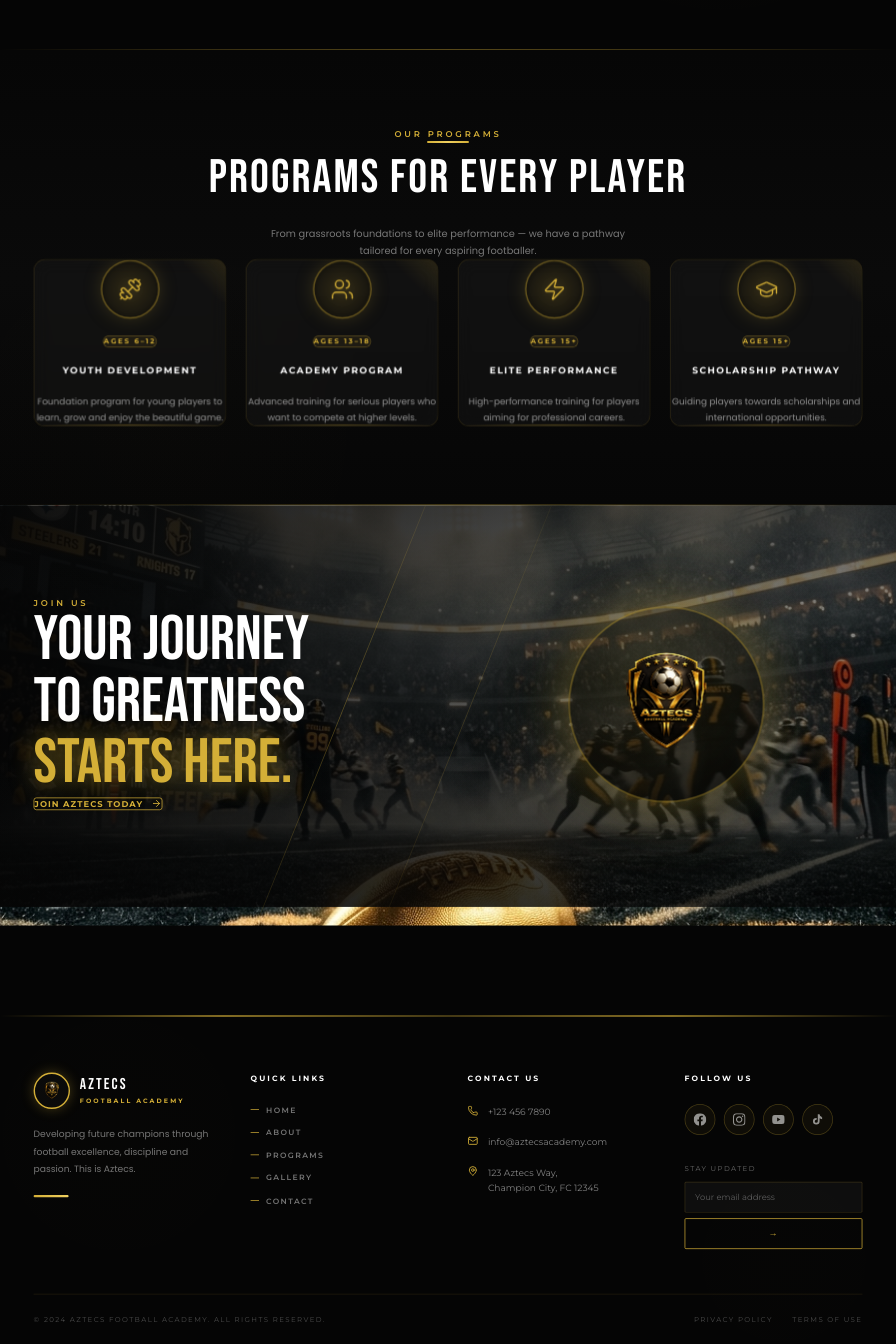
Repository: rahilkk2/aztecs-football
Page: /
The author's editor kept a copy of each file at every save. The page is drawn from the files as they stood at one save, then again after the next save.
The browser window is 1280 px wide. The pictures show the part of the page from y = 1806 to 3726 px (the page is 3726 px tall), at 70% of full size.
The project was rebuilt for these pictures with package versions that can differ from the ones it lists, and the page was loaded fresh each time. Also part of the build but not shown: vite.config.js.

Above is the page before, as saved 2026-05-20 00:29:49.

### index.html
<!doctype html>
<html lang="en">
  <head>
    <meta charset="UTF-8" />
    <link rel="icon" type="image/png" href="/logo.png" />
    <meta name="viewport" content="width=device-width, initial-scale=1.0" />
    <link rel="preconnect" href="https://fonts.googleapis.com" />
    <link rel="preconnect" href="https://fonts.gstatic.com" crossorigin />
    <link href="https://fonts.googleapis.com/css2?family=Bebas+Neue&family=Montserrat:ital,wght@0,300;0,400;0,500;0,600;0,700;0,800;0,900;1,400&family=Poppins:wght@300;400;500;600;700;800&display=swap" rel="stylesheet" />
    <meta name="description" content="Aztecs Football Academy — Building champions on and off the pitch. Elite training, player development, and a clear pathway to success for young football players." />
    <meta name="keywords" content="football academy, Aztecs, elite training, youth football, soccer academy, player development, scholarship pathway" />
    <meta property="og:title" content="Aztecs Football Academy — Building Champions" />
    <meta property="og:description" content="Elite football training with discipline, values and a pathway to success. Join Aztecs Football Academy today." />
    <meta property="og:type" content="website" />
    <meta name="theme-color" content="#d4af37" />
    <title>Aztecs Football Academy — Building Champions On & Off The Pitch</title>
  </head>
  <body>
    <div id="root"></div>
    <script type="module" src="/src/main.jsx"></script>
  </body>
</html>

### src/App.jsx
import Navbar from './components/Navbar';
import Hero from './components/Hero';
import Features from './components/Features';
import About from './components/About';
import Programs from './components/Programs';
import CallToAction from './components/CallToAction';
import Footer from './components/Footer';

// Reusable gold gradient divider between sections
const GoldDivider = () => (
  <div className="section-gold-divider" />
);

function App() {
  return (
    <div style={{ background: '#050505', minHeight: '100vh' }}>
      <Navbar />
      <Hero />
      <GoldDivider />
      <Features />
      <GoldDivider />
      <About />
      <GoldDivider />
      <Programs />
      <GoldDivider />
      <CallToAction />
      <Footer />
    </div>
  );
}

export default App;

### src/components/Navbar.jsx
import { useState, useEffect } from 'react';
import { Menu, X } from 'lucide-react';

const navLinks = ['Home', 'About', 'Programs', 'Academy', 'Gallery', 'Contact'];

export default function Navbar() {
  const [scrolled, setScrolled] = useState(false);
  const [menuOpen, setMenuOpen] = useState(false);

  useEffect(() => {
    const onScroll = () => setScrolled(window.scrollY > 60);
    window.addEventListener('scroll', onScroll);
    return () => window.removeEventListener('scroll', onScroll);
  }, []);

  const handleNavClick = (link) => {
    setMenuOpen(false);
    const target = document.getElementById(link.toLowerCase());
    if (target) target.scrollIntoView({ behavior: 'smooth' });
    else window.scrollTo({ top: 0, behavior: 'smooth' });
  };

  return (
    <nav
      className={`fixed top-0 left-0 right-0 z-50 transition-all duration-500 ${
        scrolled
          ? 'bg-black/96 backdrop-blur-lg border-b border-yellow-600/20 py-3 shadow-2xl'
          : 'bg-transparent backdrop-blur-sm py-5'
      }`}
    >
      <div className="page-container flex items-center justify-between">

        {/* ── Logo ── */}
        <div
          className="flex items-center gap-2 sm:gap-3 cursor-pointer shrink-0"
          onClick={() => window.scrollTo({ top: 0, behavior: 'smooth' })}
        >
          {/* Logo image – object-contain so the full shield shows */}
          <div
            className="w-9 sm:w-11 h-9 sm:h-11 rounded-full overflow-hidden border-2 border-yellow-500/60 flex items-center justify-center shrink-0"
            style={{ boxShadow: '0 0 14px rgba(212,175,55,0.3)', background: '#0a0a0a' }}
          >
            <img
              src="/logo.png"
              alt="Aztecs Logo"
              className="w-full h-full object-contain"
            />
          </div>
          <div className="leading-none hidden sm:block">
            <div
              className="text-white text-lg sm:text-xl tracking-[2px] sm:tracking-[3px] font-black"
              style={{ fontFamily: "'Bebas Neue', cursive" }}
            >
              AZTECS
            </div>
            <div className="text-yellow-500 text-[8px] sm:text-[9px] font-bold tracking-[2px] sm:tracking-[3px] uppercase mt-0.5">
              Football Academy
            </div>
          </div>
        </div>

        {/* ── Desktop Nav Links ── */}
        <ul className="hidden lg:flex items-center gap-9">
          {navLinks.map((link) => (
            <li key={link}>
              <button
                onClick={() => handleNavClick(link)}
                className="text-white/75 hover:text-yellow-400 text-[11px] font-semibold tracking-[2.5px] uppercase transition-all duration-300 relative group"
              >
                {link}
                <span className="absolute -bottom-1 left-0 w-0 h-[1.5px] bg-yellow-500 transition-all duration-300 group-hover:w-full" />
              </button>
            </li>
          ))}
        </ul>

        {/* ── CTA + Hamburger ── */}
        <div className="flex items-center gap-3 sm:gap-4 shrink-0">
          <button
            onClick={() => handleNavClick('Contact')}
            className="btn-gold hidden sm:block px-4 sm:px-6 py-2 sm:py-2.5 text-[9px] sm:text-[11px] rounded-sm tracking-widest"
          >
            JOIN NOW
          </button>
          <button
            className="lg:hidden text-white hover:text-yellow-400 transition-colors p-2"
            onClick={() => setMenuOpen(!menuOpen)}
            aria-label="Toggle menu"
          >
            {menuOpen ? <X size={24} /> : <Menu size={24} />}
          </button>
        </div>
      </div>

      {/* ── Mobile Menu ── */}
      <div
        className={`lg:hidden transition-all duration-500 overflow-hidden ${
          menuOpen ? 'max-h-[500px] opacity-100' : 'max-h-0 opacity-0'
        }`}
      >
        <div className="bg-black/98 border-t border-yellow-600/20 px-4 sm:px-6 py-5 flex flex-col gap-4">
          {navLinks.map((link) => (
            <button
              key={link}
              onClick={() => handleNavClick(link)}
              className="text-white/70 hover:text-yellow-400 text-sm font-semibold tracking-[2px] uppercase text-left transition-colors py-2 border-b border-white/5 pb-3"
            >
              {link}
            </button>
          ))}
          <button
            onClick={() => handleNavClick('Contact')}
            className="btn-gold px-4 py-3 text-xs rounded-sm mt-2 w-full sm:w-fit tracking-widest"
          >
            JOIN NOW
          </button>
        </div>
      </div>
    </nav>
  );
}

### src/components/Footer.jsx
import { motion } from 'framer-motion';
import { Phone, Mail, MapPin } from 'lucide-react';

const quickLinks = ['Home', 'About', 'Programs', 'Gallery', 'Contact'];

const FacebookIcon = () => (
  <svg width="18" height="18" viewBox="0 0 24 24" fill="currentColor">
    <path d="M24 12.073c0-6.627-5.373-12-12-12s-12 5.373-12 12c0 5.99 4.388 10.954 10.125 11.854v-8.385H7.078v-3.47h3.047V9.43c0-3.007 1.792-4.669 4.533-4.669 1.312 0 2.686.235 2.686.235v2.953H15.83c-1.491 0-1.956.925-1.956 1.874v2.25h3.328l-.532 3.47h-2.796v8.385C19.612 23.027 24 18.062 24 12.073z" />
  </svg>
);

const InstagramIcon = () => (
  <svg width="18" height="18" viewBox="0 0 24 24" fill="currentColor">
    <path d="M12 2.163c3.204 0 3.584.012 4.85.07 3.252.148 4.771 1.691 4.919 4.919.058 1.265.069 1.645.069 4.849 0 3.205-.012 3.584-.069 4.849-.149 3.225-1.664 4.771-4.919 4.919-1.266.058-1.644.07-4.85.07-3.204 0-3.584-.012-4.849-.07-3.26-.149-4.771-1.699-4.919-4.92-.058-1.265-.07-1.644-.07-4.849 0-3.204.013-3.583.07-4.849.149-3.227 1.664-4.771 4.919-4.919 1.266-.057 1.645-.069 4.849-.069zm0-2.163c-3.259 0-3.667.014-4.947.072-4.358.2-6.78 2.618-6.98 6.98-.059 1.281-.073 1.689-.073 4.948 0 3.259.014 3.668.072 4.948.2 4.358 2.618 6.78 6.98 6.98 1.281.058 1.689.072 4.948.072 3.259 0 3.668-.014 4.948-.072 4.354-.2 6.782-2.618 6.979-6.98.059-1.28.073-1.689.073-4.948 0-3.259-.014-3.667-.072-4.947-.196-4.354-2.617-6.78-6.979-6.98-1.281-.059-1.69-.073-4.949-.073zm0 5.838c-3.403 0-6.162 2.759-6.162 6.162s2.759 6.163 6.162 6.163 6.162-2.759 6.162-6.163c0-3.403-2.759-6.162-6.162-6.162zm0 10.162c-2.209 0-4-1.79-4-4 0-2.209 1.791-4 4-4s4 1.791 4 4c0 2.21-1.791 4-4 4zm6.406-11.845c-.796 0-1.441.645-1.441 1.44s.645 1.44 1.441 1.44c.795 0 1.439-.645 1.439-1.44s-.644-1.44-1.439-1.44z" />
  </svg>
);

const YoutubeIcon = () => (
  <svg width="18" height="18" viewBox="0 0 24 24" fill="currentColor">
    <path d="M23.495 6.205a3.007 3.007 0 0 0-2.088-2.088c-1.87-.501-9.396-.501-9.396-.501s-7.507-.01-9.396.501A3.007 3.007 0 0 0 .527 6.205a31.247 31.247 0 0 0-.522 5.805 31.247 31.247 0 0 0 .522 5.783 3.007 3.007 0 0 0 2.088 2.088c1.868.502 9.396.502 9.396.502s7.506 0 9.396-.502a3.007 3.007 0 0 0 2.088-2.088 31.247 31.247 0 0 0 .5-5.783 31.247 31.247 0 0 0-.5-5.805zM9.609 15.601V8.408l6.264 3.602z" />
  </svg>
);

const TikTokIcon = () => (
  <svg width="18" height="18" viewBox="0 0 24 24" fill="currentColor">
    <path d="M19.59 6.69a4.83 4.83 0 0 1-3.77-4.25V2h-3.45v13.67a2.89 2.89 0 0 1-2.88 2.5 2.89 2.89 0 0 1-2.89-2.89 2.89 2.89 0 0 1 2.89-2.89c.28 0 .54.04.79.1V9.01a6.34 6.34 0 0 0-.79-.05 6.34 6.34 0 0 0-6.34 6.34 6.34 6.34 0 0 0 6.34 6.34 6.34 6.34 0 0 0 6.33-6.34V9.83a8.18 8.18 0 0 0 4.78 1.52V7.91a4.85 4.85 0 0 1-1.01-.22z" />
  </svg>
);

const socialLinks = [
  { icon: FacebookIcon, label: 'Facebook', href: '#' },
  { icon: InstagramIcon, label: 'Instagram', href: '#' },
  { icon: YoutubeIcon, label: 'YouTube', href: '#' },
  { icon: TikTokIcon, label: 'TikTok', href: '#' },
];

export default function Footer() {
  const handleNavClick = (link) => {
    const target = document.getElementById(link.toLowerCase());
    if (target) target.scrollIntoView({ behavior: 'smooth' });
    else window.scrollTo({ top: 0, behavior: 'smooth' });
  };

  return (
    <footer
      id="contact"
      style={{
        background: '#050505',
        marginTop: '8rem',
        position: 'relative',
        overflow: 'hidden',
      }}
    >
      {/* ── Top gold gradient line ── */}
      <div
        style={{
          height: '2px',
          background: 'linear-gradient(to right, transparent, #d4af37, rgba(212,175,55,0.5), #d4af37, transparent)',
        }}
      />

      {/* ── Subtle BG glows ── */}
      <div style={{ position: 'absolute', inset: 0, pointerEvents: 'none' }}>
        <div className="spotlight" style={{ width: '500px', height: '500px', top: '-80px', left: '-80px', opacity: 0.05 }} />
        <div className="spotlight" style={{ width: '400px', height: '400px', bottom: '-80px', right: '-40px', opacity: 0.04 }} />
      </div>

      {/* ── Main grid ── */}
      <div className="page-container">
        <div className="footer-grid">

          {/* Brand */}
          <div>
            <div
              style={{ display: 'flex', alignItems: 'center', gap: '14px', marginBottom: '1.5rem', cursor: 'pointer' }}
              onClick={() => window.scrollTo({ top: 0, behavior: 'smooth' })}
            >
              <div
                style={{
                  width: '52px', height: '52px',
                  borderRadius: '50%', overflow: 'hidden',
                  border: '2px solid #d4af37',
                  boxShadow: '0 0 18px rgba(212,175,55,0.3)',
                  background: '#0a0a0a',
                  flexShrink: 0,
                  display: 'flex', alignItems: 'center', justifyContent: 'center',
                }}
              >
                <img src="/logo.png" alt="Aztecs Logo" style={{ width: '100%', height: '100%', objectFit: 'contain' }} />
              </div>
              <div>
                <div style={{ fontFamily: "'Bebas Neue', cursive", letterSpacing: '3px', color: '#fff', fontSize: '1.4rem', lineHeight: 1 }}>
                  AZTECS
                </div>
                <div style={{ color: '#d4af37', fontSize: '9px', fontWeight: 700, letterSpacing: '3px', textTransform: 'uppercase', marginTop: '4px' }}>
                  Football Academy
                </div>
              </div>
            </div>

            <p style={{ fontFamily: "'Poppins', sans-serif", fontSize: '0.82rem', color: 'rgba(255,255,255,0.45)', lineHeight: '1.9', maxWidth: '260px' }}>
              Developing future champions through football excellence, discipline and passion. This is Aztecs.
            </p>

            {/* Gold accent bar */}
            <div style={{ width: '50px', height: '3px', background: 'linear-gradient(to right, #d4af37, #f0d060)', borderRadius: '2px', marginTop: '1.5rem' }} />
          </div>

          {/* Quick Links */}
          <div>
            <h4 style={{ fontFamily: "'Montserrat', sans-serif", fontSize: '11px', fontWeight: 700, letterSpacing: '3px', textTransform: 'uppercase', color: '#fff', marginBottom: '1.75rem' }}>
              Quick Links
            </h4>
            <ul style={{ display: 'flex', flexDirection: 'column', gap: '1rem', listStyle: 'none' }}>
              {quickLinks.map((link) => (
                <li key={link}>
                  <button
                    onClick={() => handleNavClick(link)}
                    style={{
                      fontFamily: "'Montserrat', sans-serif",
                      fontSize: '11px',
                      fontWeight: 600,
                      letterSpacing: '2px',
                      textTransform: 'uppercase',
                      color: 'rgba(255,255,255,0.45)',
                      background: 'none',
                      border: 'none',
                      cursor: 'pointer',
                      padding: 0,
                      transition: 'color 0.3s',
                      display: 'flex',
                      alignItems: 'center',
                      gap: '10px',
                    }}
                    onMouseEnter={e => e.currentTarget.style.color = '#d4af37'}
                    onMouseLeave={e => e.currentTarget.style.color = 'rgba(255,255,255,0.45)'}
                  >
                    <span style={{ width: '12px', height: '1px', background: '#d4af37', display: 'inline-block', flexShrink: 0 }} />
                    {link}
                  </button>
                </li>
              ))}
            </ul>
          </div>

          {/* Contact */}
          <div>
            <h4 style={{ fontFamily: "'Montserrat', sans-serif", fontSize: '11px', fontWeight: 700, letterSpacing: '3px', textTransform: 'uppercase', color: '#fff', marginBottom: '1.75rem' }}>
              Contact Us
            </h4>
            <ul style={{ display: 'flex', flexDirection: 'column', gap: '1.4rem', listStyle: 'none' }}>
              <li style={{ display: 'flex', alignItems: 'flex-start', gap: '14px' }}>
                <Phone size={15} style={{ color: '#d4af37', marginTop: '2px', flexShrink: 0 }} />
                <span style={{ fontSize: '13px', color: 'rgba(255,255,255,0.5)', lineHeight: '1.6' }}>+123 456 7890</span>
              </li>
              <li style={{ display: 'flex', alignItems: 'flex-start', gap: '14px' }}>
                <Mail size={15} style={{ color: '#d4af37', marginTop: '2px', flexShrink: 0 }} />
                <span style={{ fontSize: '13px', color: 'rgba(255,255,255,0.5)', lineHeight: '1.6' }}>info@aztecsacademy.com</span>
              </li>
              <li style={{ display: 'flex', alignItems: 'flex-start', gap: '14px' }}>
                <MapPin size={15} style={{ color: '#d4af37', marginTop: '2px', flexShrink: 0 }} />
                <span style={{ fontSize: '13px', color: 'rgba(255,255,255,0.5)', lineHeight: '1.7' }}>
                  123 Aztecs Way,<br />Champion City, FC 12345
                </span>
              </li>
            </ul>
          </div>

          {/* Social + Newsletter */}
          <div>
            <h4 style={{ fontFamily: "'Montserrat', sans-serif", fontSize: '11px', fontWeight: 700, letterSpacing: '3px', textTransform: 'uppercase', color: '#fff', marginBottom: '1.75rem' }}>
              Follow Us
            </h4>

            <div style={{ display: 'flex', gap: '12px', flexWrap: 'wrap', marginBottom: '2.5rem' }}>
              {socialLinks.map(({ icon: Icon, label, href }) => (
                <motion.a
                  key={label}
                  href={href}
                  aria-label={label}
                  style={{
                    width: '44px', height: '44px',
                    borderRadius: '50%',
                    display: 'flex', alignItems: 'center', justifyContent: 'center',
                    color: 'rgba(255,255,255,0.55)',
                    border: '1px solid rgba(212,175,55,0.28)',
                    background: 'rgba(212,175,55,0.05)',
                    textDecoration: 'none',
                    transition: 'all 0.3s',
                  }}
                  whileHover={{
                    scale: 1.12,
                    borderColor: '#d4af37',
                    boxShadow: '0 0 18px rgba(212,175,55,0.28)',
                    color: '#d4af37',
                  }}
                >
                  <Icon />
                </motion.a>
              ))}
            </div>

            {/* Newsletter */}
            <div>
              <p style={{ fontSize: '10px', color: 'rgba(255,255,255,0.4)', letterSpacing: '2px', textTransform: 'uppercase', marginBottom: '12px' }}>
                Stay Updated
              </p>
              <div style={{ display: 'flex', gap: '8px', flexDirection: 'column', minWidth: '0' }}>
                <input
                  type="email"
                  placeholder="Your email address"
                  style={{
                    flex: 1,
                    background: 'rgba(255,255,255,0.04)',
                    border: '1px solid rgba(212,175,55,0.2)',
                    borderRadius: '2px',
                    padding: '10px 14px',
                    fontSize: '12px',
                    color: 'rgba(255,255,255,0.65)',
                    outline: 'none',
                    minHeight: '44px',
                    width: '100%',
                  }}
                  onFocus={e => e.target.style.borderColor = 'rgba(212,175,55,0.5)'}
                  onBlur={e => e.target.style.borderColor = 'rgba(212,175,55,0.2)'}
                />
                <button className="btn-gold" style={{ padding: '10px 16px', fontSize: '13px', borderRadius: '2px', minHeight: '44px' }}>→</button>
              </div>
            </div>
          </div>
        </div>

        {/* ── Bottom bar ── */}
        <div
          style={{
            borderTop: '1px solid rgba(212,175,55,0.12)',
            paddingTop: '1.75rem',
            paddingBottom: '1.75rem',
            display: 'flex',
            flexDirection: 'row',
            alignItems: 'center',
            justifyContent: 'space-between',
            gap: '1rem',
            flexWrap: 'wrap',
          }}
        >
          <p style={{ fontSize: '10px', letterSpacing: '2px', textTransform: 'uppercase', color: 'rgba(255,255,255,0.28)' }}>
            © 2024 Aztecs Football Academy. All Rights Reserved.
          </p>
          <div style={{ display: 'flex', gap: '28px' }}>
            {['Privacy Policy', 'Terms of Use'].map((item) => (
              <button
                key={item}
                style={{
                  fontSize: '10px', letterSpacing: '2px',
                  textTransform: 'uppercase', color: 'rgba(255,255,255,0.28)',
                  background: 'none', border: 'none', cursor: 'pointer',
                  transition: 'color 0.3s',
                }}
                onMouseEnter={e => e.currentTarget.style.color = '#d4af37'}
                onMouseLeave={e => e.currentTarget.style.color = 'rgba(255,255,255,0.28)'}
              >
                {item}
              </button>
            ))}
          </div>
        </div>
      </div>
    </footer>
  );
}

Loaded but not shown: src/main.jsx (common file); src/components/Hero.jsx (270 lines, source omitted); src/components/About.jsx (191 lines, source omitted); src/index.css (299 lines, source omitted); src/components/Programs.jsx (217 lines, source omitted); src/components/CallToAction.jsx (144 lines, source omitted); src/components/Features.jsx (139 lines, source omitted)

After the next save:
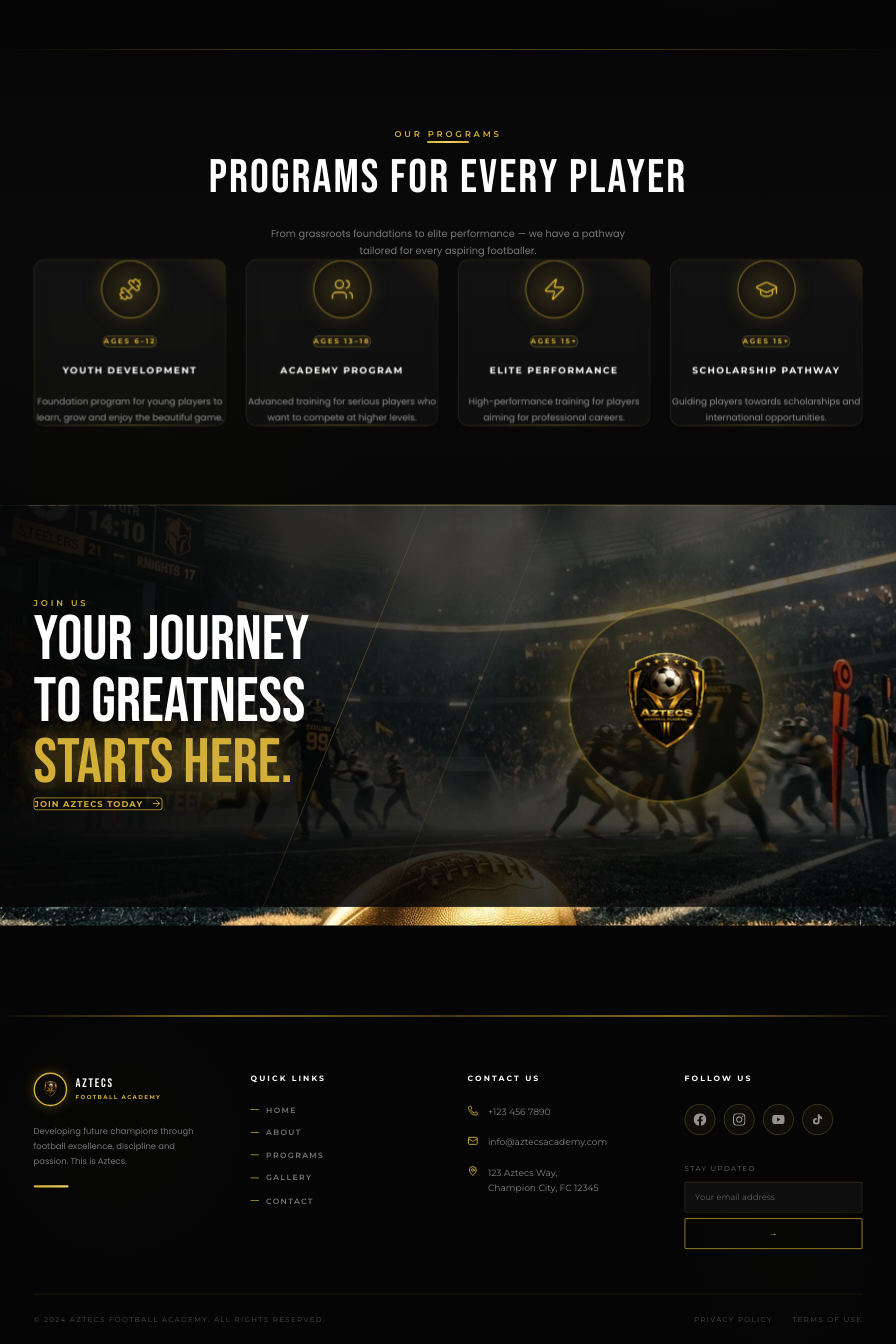
Saved 9 s later.
--- a/src/components/Footer.jsx
+++ b/src/components/Footer.jsx
@@ -72,12 +72,12 @@ export default function Footer() {
           {/* Brand */}
           <div>
             <div
-              style={{ display: 'flex', alignItems: 'center', gap: '14px', marginBottom: '1.5rem', cursor: 'pointer' }}
+              style={{ display: 'flex', alignItems: 'center', gap: '12px', marginBottom: '1.5rem', cursor: 'pointer' }}
               onClick={() => window.scrollTo({ top: 0, behavior: 'smooth' })}
             >
               <div
                 style={{
-                  width: '52px', height: '52px',
+                  width: '48px', height: '48px',
                   borderRadius: '50%', overflow: 'hidden',
                   border: '2px solid #d4af37',
                   boxShadow: '0 0 18px rgba(212,175,55,0.3)',
@@ -89,16 +89,16 @@ export default function Footer() {
                 <img src="/logo.png" alt="Aztecs Logo" style={{ width: '100%', height: '100%', objectFit: 'contain' }} />
               </div>
               <div>
-                <div style={{ fontFamily: "'Bebas Neue', cursive", letterSpacing: '3px', color: '#fff', fontSize: '1.4rem', lineHeight: 1 }}>
+                <div style={{ fontFamily: "'Bebas Neue', cursive", letterSpacing: '2.5px', color: '#fff', fontSize: '1.1rem', lineHeight: 1 }}>
                   AZTECS
                 </div>
-                <div style={{ color: '#d4af37', fontSize: '9px', fontWeight: 700, letterSpacing: '3px', textTransform: 'uppercase', marginTop: '4px' }}>
+                <div style={{ color: '#d4af37', fontSize: '8px', fontWeight: 700, letterSpacing: '2px', textTransform: 'uppercase', marginTop: '4px' }}>
                   Football Academy
                 </div>
               </div>
             </div>
 
-            <p style={{ fontFamily: "'Poppins', sans-serif", fontSize: '0.82rem', color: 'rgba(255,255,255,0.45)', lineHeight: '1.9', maxWidth: '260px' }}>
+            <p style={{ fontFamily: "'Poppins', sans-serif", fontSize: '0.75rem', color: 'rgba(255,255,255,0.45)', lineHeight: '1.8', maxWidth: '260px' }}>
               Developing future champions through football excellence, discipline and passion. This is Aztecs.
             </p>
 
